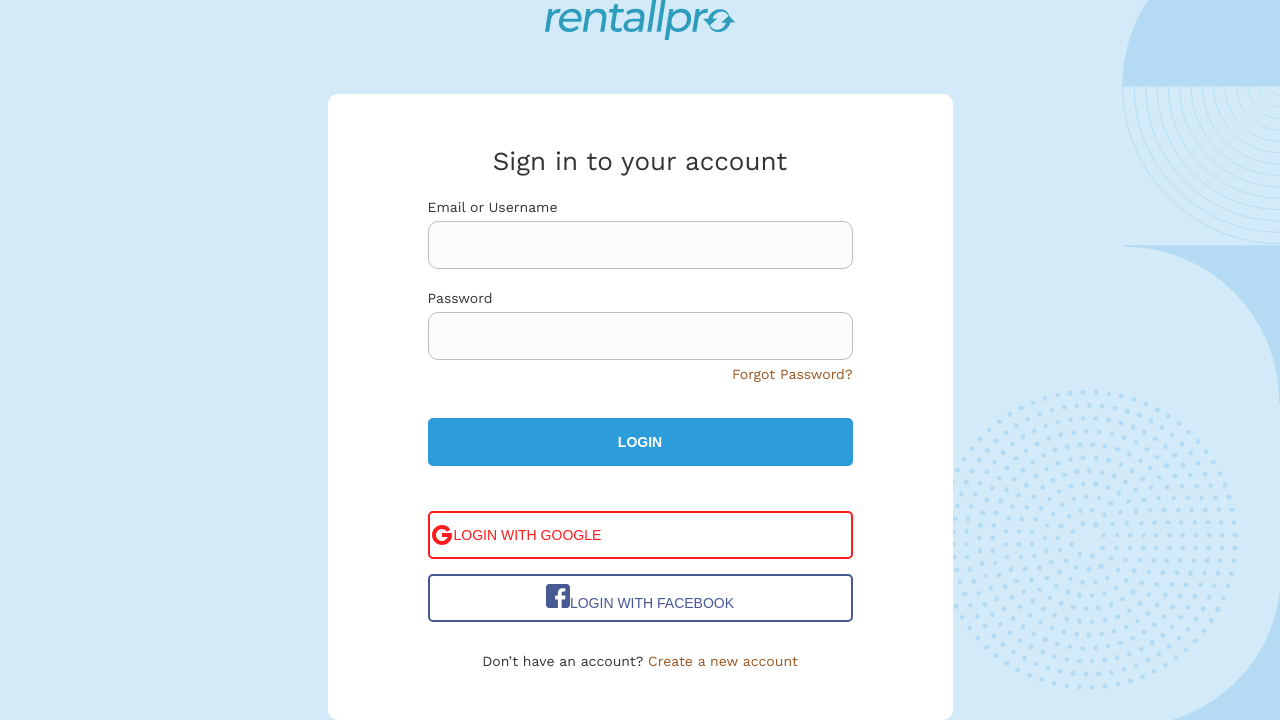
Repository: RentallPro/rentallpro-frontend
Page: /
An editor plug-in stored every save of this project. The page is shown before and after the next save, followed by the edit.
The browser window is 1280 px wide. The pictures show the whole page.
The project was rebuilt for these pictures with package versions that can differ from the ones it lists, and the page was loaded fresh each time.

Above is the page before, as saved 2020-12-09 22:30:09.

After the next save:
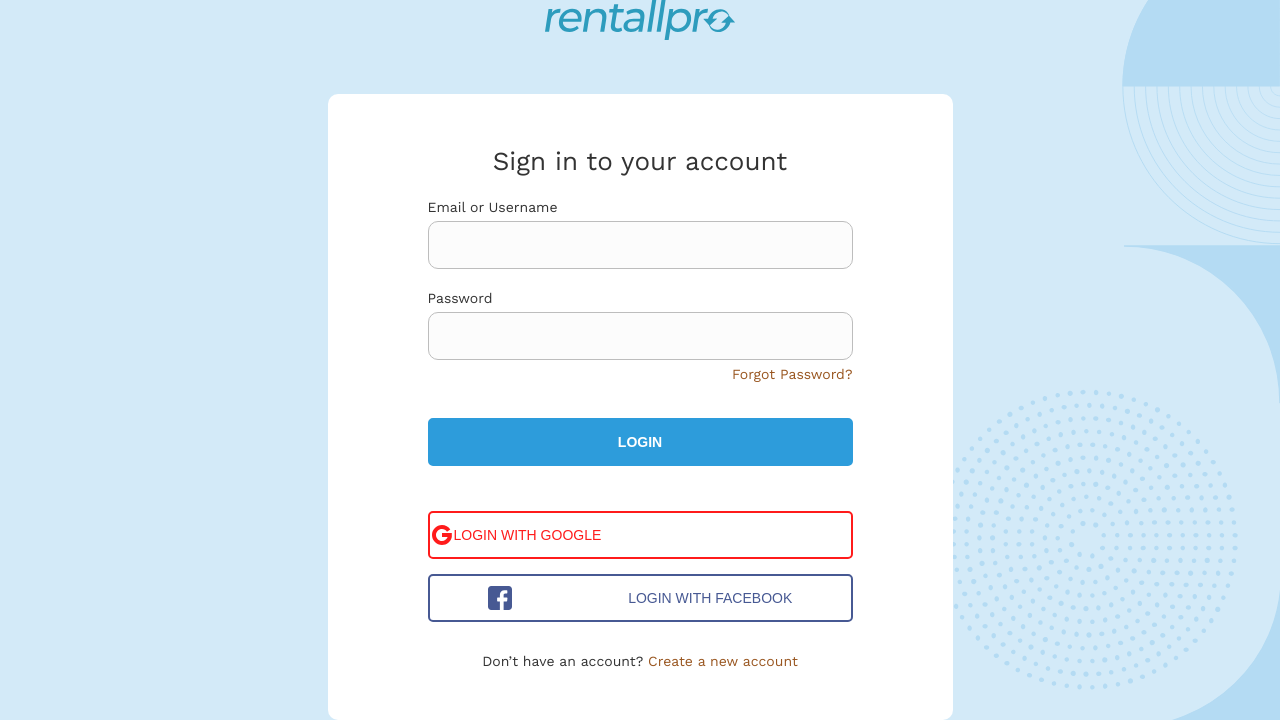
Saved 6 s later.
--- a/src/views/Home/Home.vue
+++ b/src/views/Home/Home.vue
@@ -24,12 +24,10 @@
             <span>LOGIN WITH GOOGLE</span>
           </button>
           <button class="facebook-button button">
-            <div class="login-with-social">
-              <svg width="24" height="24" viewBox="0 0 24 24" fill="none" xmlns="http://www.w3.org/2000/svg">
-                <path d="M20.7657 0H3.23405C1.44797 0 0 1.44791 0 3.23405V20.7658C0 22.552 1.44791 23.9999 3.23405 23.9999H11.8806L11.8953 15.4236H9.66721C9.37765 15.4236 9.14264 15.1895 9.14152 14.8999L9.13084 12.1354C9.12972 11.8443 9.36544 11.6077 9.65659 11.6077H11.8806V8.93651C11.8806 5.83661 13.7739 4.14869 16.5392 4.14869H18.8083C19.0986 4.14869 19.3341 4.38406 19.3341 4.67444V7.00547C19.3341 7.29573 19.0988 7.53104 18.8086 7.53122L17.4161 7.53187C15.9122 7.53187 15.621 8.24648 15.621 9.29522V11.6078H18.9255C19.2404 11.6078 19.4847 11.8827 19.4476 12.1954L19.1199 14.9599C19.0885 15.2244 18.8642 15.4237 18.5978 15.4237H15.6357L15.621 24H20.7658C22.5519 24 23.9998 22.5521 23.9998 20.766V3.23405C23.9998 1.44791 22.5519 0 20.7657 0Z" fill="#475993"/>
-              </svg>
-              <span>LOGIN WITH FACEBOOK</span>
-            </div>
+            <svg width="24" height="24" viewBox="0 0 24 24" fill="none" xmlns="http://www.w3.org/2000/svg">
+              <path d="M20.7657 0H3.23405C1.44797 0 0 1.44791 0 3.23405V20.7658C0 22.552 1.44791 23.9999 3.23405 23.9999H11.8806L11.8953 15.4236H9.66721C9.37765 15.4236 9.14264 15.1895 9.14152 14.8999L9.13084 12.1354C9.12972 11.8443 9.36544 11.6077 9.65659 11.6077H11.8806V8.93651C11.8806 5.83661 13.7739 4.14869 16.5392 4.14869H18.8083C19.0986 4.14869 19.3341 4.38406 19.3341 4.67444V7.00547C19.3341 7.29573 19.0988 7.53104 18.8086 7.53122L17.4161 7.53187C15.9122 7.53187 15.621 8.24648 15.621 9.29522V11.6078H18.9255C19.2404 11.6078 19.4847 11.8827 19.4476 12.1954L19.1199 14.9599C19.0885 15.2244 18.8642 15.4237 18.5978 15.4237H15.6357L15.621 24H20.7658C22.5519 24 23.9998 22.5521 23.9998 20.766V3.23405C23.9998 1.44791 22.5519 0 20.7657 0Z" fill="#475993"/>
+            </svg>
+            <span>LOGIN WITH FACEBOOK</span>
           </button>
         </div>
         <p class="option">Don’t have an account? <span>Create a new account</span></p>
